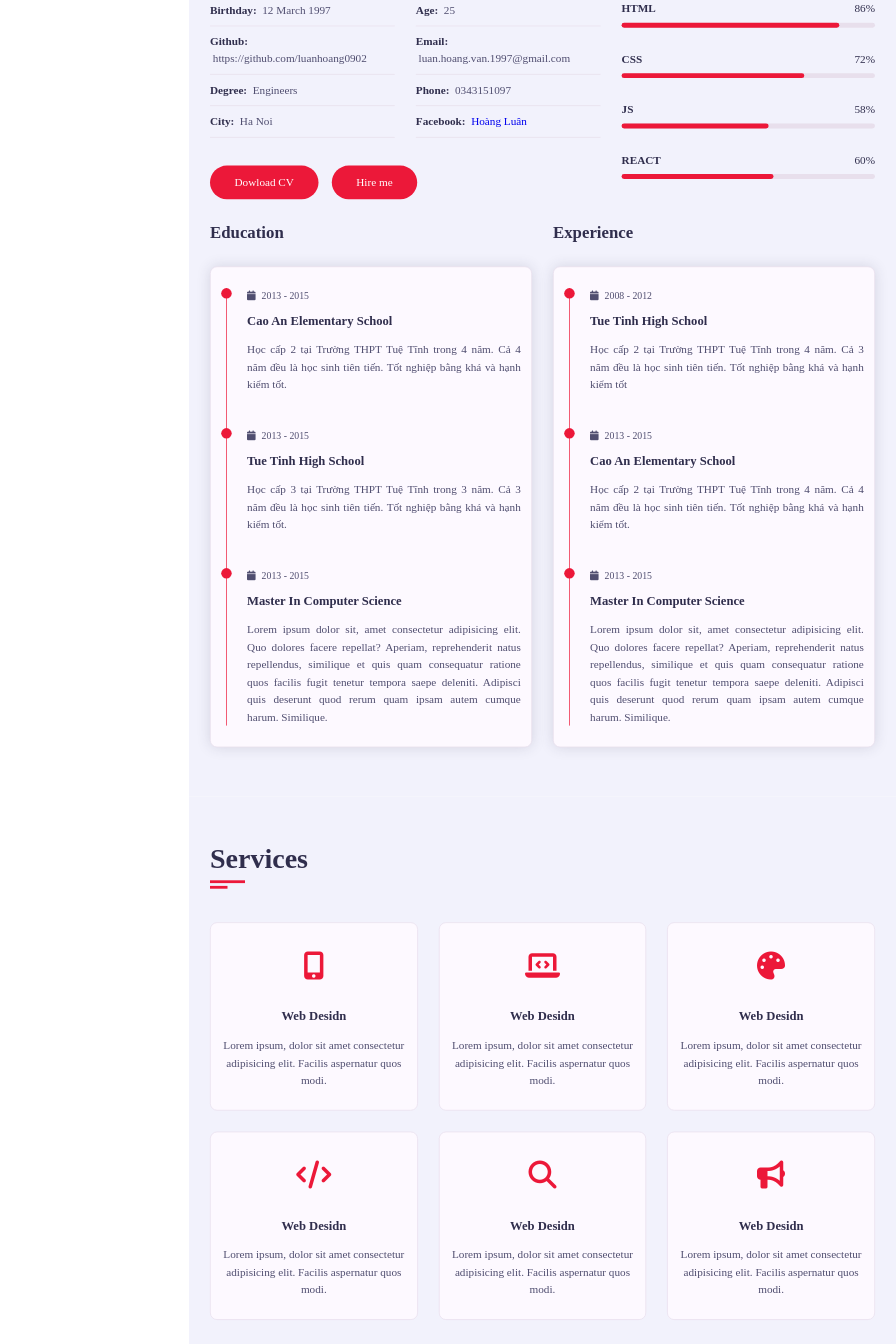
Repository: luanhoang0902/portfolio-ui
Page: index.html
The author's editor kept a copy of each file at every save. The page is drawn from the files as they stood at one save, then again after the next save.
The browser window is 1280 px wide. The pictures show the part of the page from y = 1031 to 2951 px (the page is 4815 px tall), at 70% of full size.
Some web fonts or font styles are not loaded; a fallback is used. Some web libraries are served in a nearby version.

Above is the page before, as saved 2022-06-03 15:48:49.

After the next save:
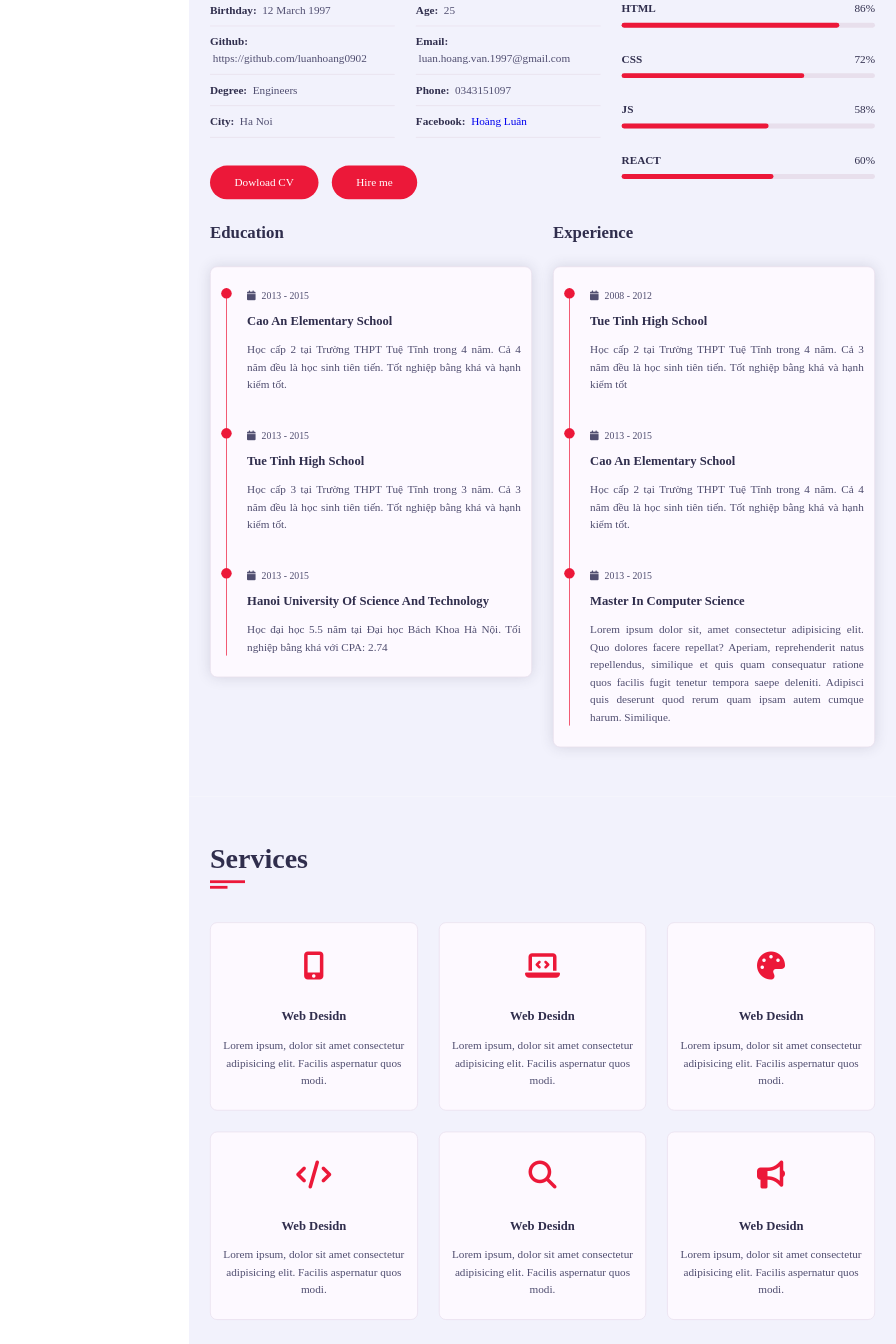
Saved 113 s later.
--- a/index.html
+++ b/index.html
@@ -204,16 +204,10 @@
                               <i class="fa fa-calendar"></i> 2013 - 2015
                             </h3>
                             <h4 class="timeline-title">
-                              Master in Computer Science
+                              Hanoi University of Science and Technology
                             </h4>
                             <p class="timeline-text">
-                              Lorem ipsum dolor sit, amet consectetur
-                              adipisicing elit. Quo dolores facere repellat?
-                              Aperiam, reprehenderit natus repellendus,
-                              similique et quis quam consequatur ratione quos
-                              facilis fugit tenetur tempora saepe deleniti.
-                              Adipisci quis deserunt quod rerum quam ipsam autem
-                              cumque harum. Similique.
+                              Học đại học 5.5 năm tại Đại học Bách Khoa Hà Nội. Tối nghiệp bằng khá với CPA: 2.74
                             </p>
                           </div>
                         </div>
